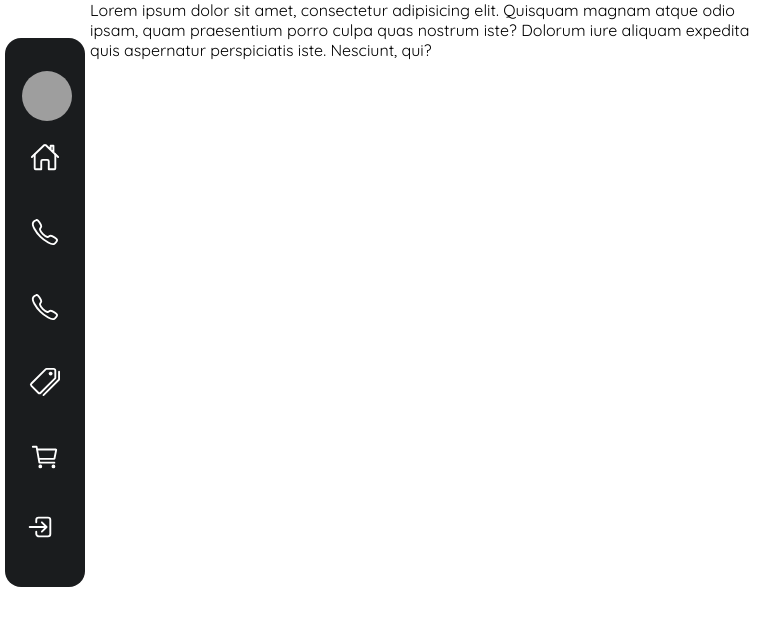
Repository: Fuocmanh/demo
Page: site/nav.html
These files come from the project's save history. The page is drawn as it stood at one moment and after a run of saves; the edit follows.
The browser window is 768 px wide. The pictures show the whole page.
Pictures or frames that could not be fetched are drawn as grey boxes.

Above is the page before, as saved 2022-12-30 13:15:37.

### site/nav.html
<!DOCTYPE html>
<html lang="en">

<head>
    <meta charset="UTF-8">
    <meta name="viewport" content="width=device-width, initial-scale=1" />
    <link rel="stylesheet" href="../css/style.css">
    <script type="module" src="https://unpkg.com/ionicons@5.5.2/dist/ionicons/ionicons.esm.js"></script>
    <script nomodule src="https://unpkg.com/ionicons@5.5.2/dist/ionicons/ionicons.js"></script>
</head>

<body >
    <section id="sidebar">
        <div class="sidebar">
            <a href="#" class="logo">
                <img src="https://i.pinimg.com/550x/dd/6d/22/dd6d2277032c5f365dd3149d45b3a820.jpg" alt="" class="logo-image" />
            </a>
            <nav>
                <ul class="menu">
                    <li class="menu-item">
                        <a href="#" class="menu-link">
                            <ion-icon name="home-outline"></ion-icon>
                            <span>Trang chủ</span>
                        </a>
                    </li>
                    <li class="menu-item">
                        <a href="#" class="menu-link">
                            <ion-icon name="call-outline"></ion-icon>
                            <span>Liên hệ</span>
                        </a>
                    </li>
                    <li class="menu-item">
                        <a href="#" class="menu-link">
                            <ion-icon name="call-outline"></ion-icon>
                            <span>Giới thiệu</span>

                        </a>
                    </li>
                    <li class="menu-item">
                        <a href="#" class="menu-link">
                            <ion-icon name="pricetags-outline"></ion-icon>
                            <span>Sản phẩm</span>
                        </a>
                    </li>
                    <li class="menu-item">
                        <a href="#" class="menu-link">
                            <ion-icon name="cart-outline"></ion-icon>
                            <span>Giỏ hàng</span>
                        </a>
                    </li>
                    <li class="menu-item" style="margin: -5px;">
                        <a href="#" class="menu-link">
                            <ion-icon name="log-in-outline"></ion-icon>
                            <span>Đăng xuất</span>
                        </a>
                    </li>
                </ul>
            </nav>

            <!-- <div class="">
                <a href="#!"><ion-icon name="log-in-outline"></ion-icon></a>
            </div> -->
        </div>
    </section>
    <section>
        <p>Lorem ipsum dolor sit amet, consectetur adipisicing elit. Quisquam magnam atque odio ipsam, quam praesentium porro culpa quas nostrum iste? Dolorum iure aliquam expedita quis aspernatur perspiciatis iste. Nesciunt, qui?</p>
    </section>
    <script src="../js/style.js"></script>
</body>

</html>

### css/style.css
@import url('https://fonts.googleapis.com/css2?family=Quicksand:wght@300;400;500;600;700&display=swap');

html {
    font-family: 'Quicksand', sans-serif;
}

* {
    /* font-size: 18px; */
    width: 100%;
    margin: 0px;
    padding: 0px;
    box-sizing: border-box;
}

body {
    display: flex;
    gap: 5px;
}

#sidebar {
    height: 100%;
    width: max-content;
    /* background-color: aqua; */
    margin-left: 5px;
    margin-top: 5%;
}

.sidebar {
    background-color: #1A1C1E;
    width: 80px;
    height: 100%;
    padding: 40px 5px;
    border-radius: 16px;
    transition: 0.5s;
    /* transform: translate(0px,20%);    */

}



ion-icon {
    font-size: 30px;
    color: #FFFFFF;
}

.sidebar:not(:hover) .logo-image {
    transform: translate(-16px, -7px);
}

.logo {
    width: 100%;
    height: 50px;
}

.logo-image {
    transform: translateY(-8px);
    margin: 0 40%;
    width: 50px;
    height: 50px;
    border-radius: 50%;
}

.sidebar:hover {
    width: 200px;
}

.sidebar:not(:hover) .menu-link span {
    display: none;
}

li {
    width: 100%;
    display: flex;
    align-items: center;
    justify-content: center;
    margin-bottom: 25px;
}

.menu-link {
    width: 100%;
    display: flex;
    color: #FFFFFF;
    list-style: none;
    text-decoration: none;
    padding: 10px;
    border-radius: 9% 91% 91% 9% / 52% 48% 52% 48%;
}

.menu-link:hover {
    border-radius: 9% 91% 91% 9% / 52% 48% 52% 48%;
    background-color: rgba(0, 0, 0, .5);
}

.menu-link span {
    transform: translate(-25px, 5px);
}

@media screen and (max-width:768px) {

    #sidebar {
        height: 100%;
        width: max-content;
        margin-left: 5px;
        margin-top: 5%;
    }

    .sidebar {
        background-color: #1A1C1E;
        width: 80px;
        height: 100%;
        padding: 40px 5px;
        border-radius: 16px;
        transition: 0.5s;
        /* transform: translate(0px,20%);    */

    }
    .sidebar:hover {
        width: 80px;
    }

    .sidebar .menu-link span {
        display: none;
    }

    .sidebar:hover .logo-image {
        transform: translate(-16px, -7px);

    }
}

### js/style.js
var nav = document.getElementById('nav');
function hideShowNav(){
    display=nav.style.display ;
    display=='none'?nav.style.display ='block':nav.style.display ='none';
    // nav.style.opacity='1';
}
// function onchane(){
//     let width = document.getElementsByClassName('.box').style.width='50%';
// console.log(width);
// }

After the next 4 saves:
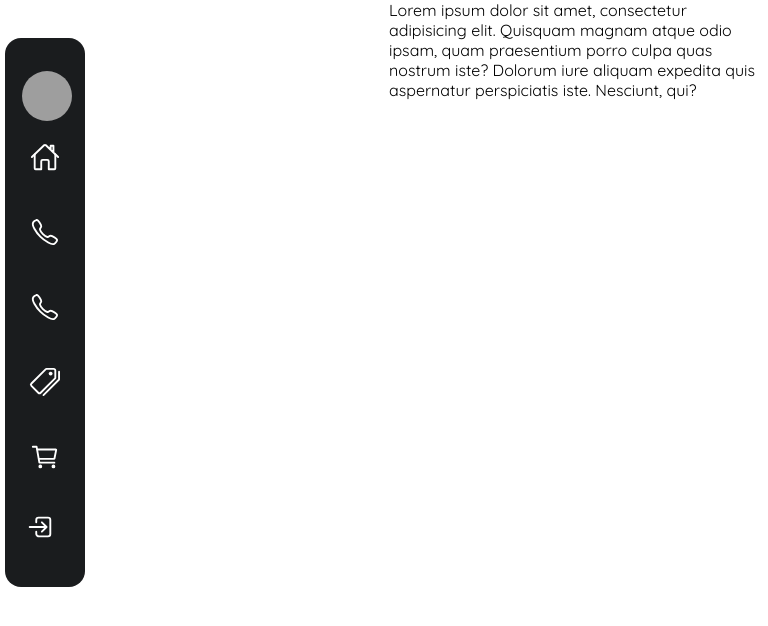
The 4 saves are shown as one change because they came seconds apart.
The last was saved 10 s later.
--- a/css/style.css
+++ b/css/style.css
@@ -98,8 +98,8 @@ li {
 @media screen and (max-width:768px) {
 
     #sidebar {
-        height: 100%;
-        width: max-content;
+        height: max-content;
+        width: 100%;
         margin-left: 5px;
         margin-top: 5%;
     }
